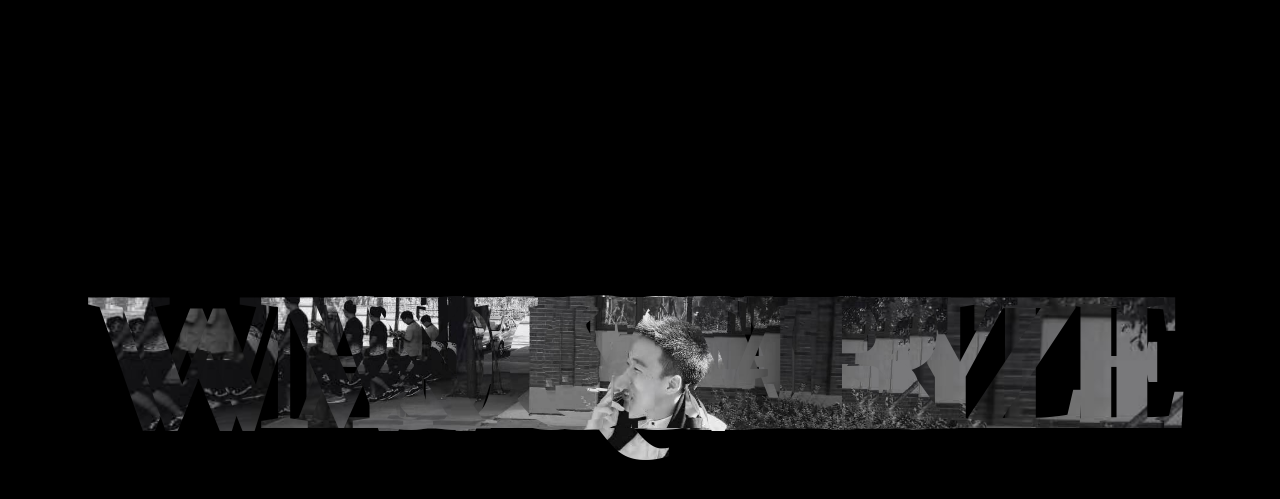
Repository: nishuiwei/nishuiwei.github.io
Page: background.html
These files come from the project's save history. The page is drawn as it stood at one moment and after the next save; the edit follows.
The browser window is 1280 px wide. The pictures show the whole page.

Above is the page before, as saved 2019-12-19 16:41:29.

### background.html
<!DOCTYPE html>
<html lang="en">

<head>
  <meta charset="UTF-8">
  <meta name="viewport" content="width=device-width, initial-scale=1.0">
  <meta http-equiv="X-UA-Compatible" content="ie=edge">
  <meta name="卫慧杰" content="w920098695@sina.cn" />
  <meta name="keywords" content="your tags" />
  <meta name="description" content="your description" />
  <meta http-equiv="X-UA-Compatible" content="ie=edge">
  <meta name="COPYRIGHT" content="卫慧杰">
  <title>Document</title>
  <style>
    body {
      margin: 0px;
      padding: 0px;
      font-family: "黑体";
      background: #000;
    }

    h1 {
      font-size: 200px;
      text-transform: uppercase;
      /*定义文本中的大小写，uppercase仅有大写字母 */
      font-weight: 900;
      /*定义文本的粗细，从100~900*/
      letter-spacing: 1px;
      /*设置字母间距*/
      position: absolute;
      top: 50%;
      left: 50%;
      transform: translate(-50%, -50%);
      /*position & transform: translate(-50%, -50%)
    实现块元素百分比下居中*/
      margin: 0;
      background: url(./bg1.jpg) 50% 50%;
      /*背景图片路径和size大小*/
      background-size: cover;
      /*此时会保持图像的纵横比*/
      /*并将图像缩放成将完全覆盖背景定位区域的最小大小。*/
      -webkit-text-fill-color: transparent;
      /*text-fill-color是设置指定文字的填充颜色，transparent透明*/
      -webkit-background-clip: text;
      /*背景绘制在text区域内，剪切成文字形状*/
      text-align: center;
    }
  </style>
</head>

<body>
  <div class="container">
      <h1>weihuijie</h1>
      <h1>wangxizi</h1>
      <h1>marry</h1>
      <h1>dear</h1>
      <h1>fuck</h1>
      <h1>what</h1>
      <h1>wqer</h1>
      <h1>tyui</h1>
      <h1>opas</h1>
      <h1>dfgh</h1>
      <h1>jklz</h1>
      <h1>xcvb</h1>
  </div>
</body>

</html>

After the next save:
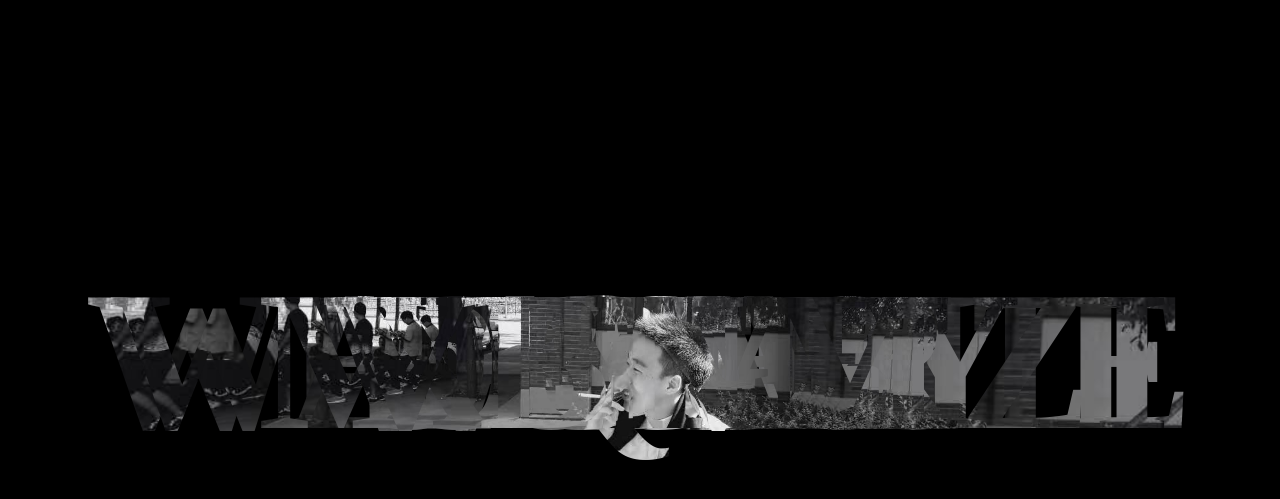
Saved 5 s later.
--- a/background.html
+++ b/background.html
@@ -62,6 +62,7 @@
       <h1>dfgh</h1>
       <h1>jklz</h1>
       <h1>xcvb</h1>
+      <h1>vbnm</h1>
   </div>
 </body>
 
